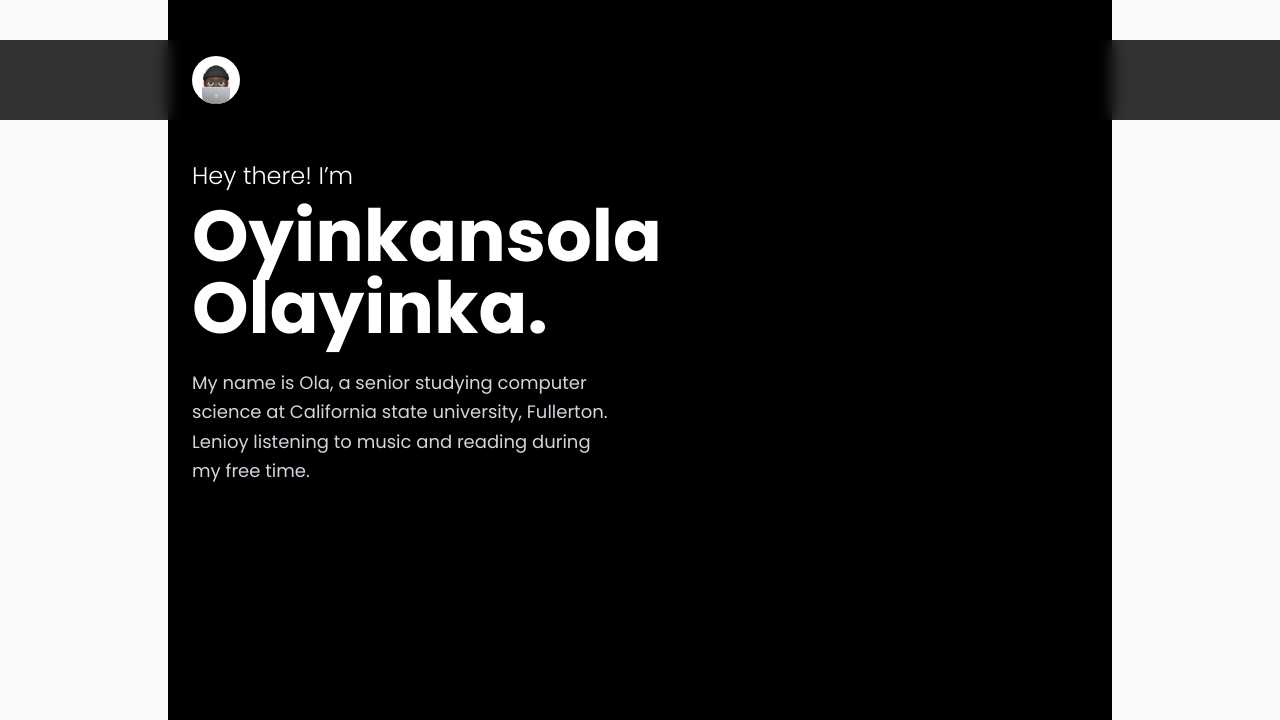
Repository: olasores/olasores-portfolio
Page: /
These files come from the project's save history. The page is drawn as it stood at one moment and after a run of saves; the edit follows.
The browser window is 1280 px wide. The pictures show the whole page.
The project was rebuilt for these pictures with package versions that can differ from the ones it lists, and the page was loaded fresh each time. The framework's server and built-in components were replaced by stand-ins that run in the browser. Also part of the build but not shown: next.config.ts.

Above is the page before, as saved 2025-11-11 12:37:20.

After the next 2 saves:
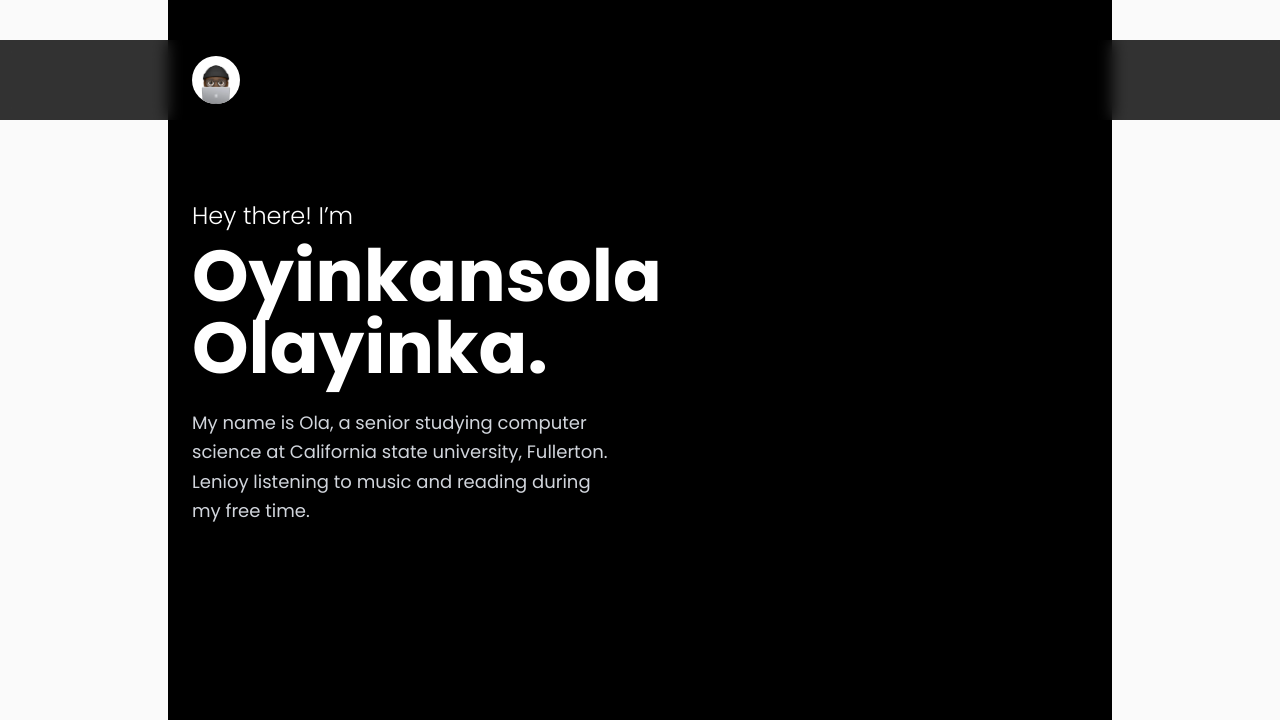
The 2 saves are shown as one change because they came seconds apart.
The last was saved 6 s later.
--- a/app/components/HomeSection.tsx
+++ b/app/components/HomeSection.tsx
@@ -2,7 +2,7 @@
 
 export default function HomeSection() {
     return (
-        <div className="flex min-h-screen items-start justify-center bg-black font-sans dark:bg-black px-6 py-5 pt-40">
+        <div className="flex min-h-screen items-start justify-center bg-black font-sans dark:bg-black px-6 py-5 pt-50">
             <div className="grid grid-cols-1 md:grid-cols-2 gap-12 max-w-4xl w-full items-center">
                 {/* Left side: Text content */}
                 <div className="flex flex-col gap-6 items-center md:items-start">
